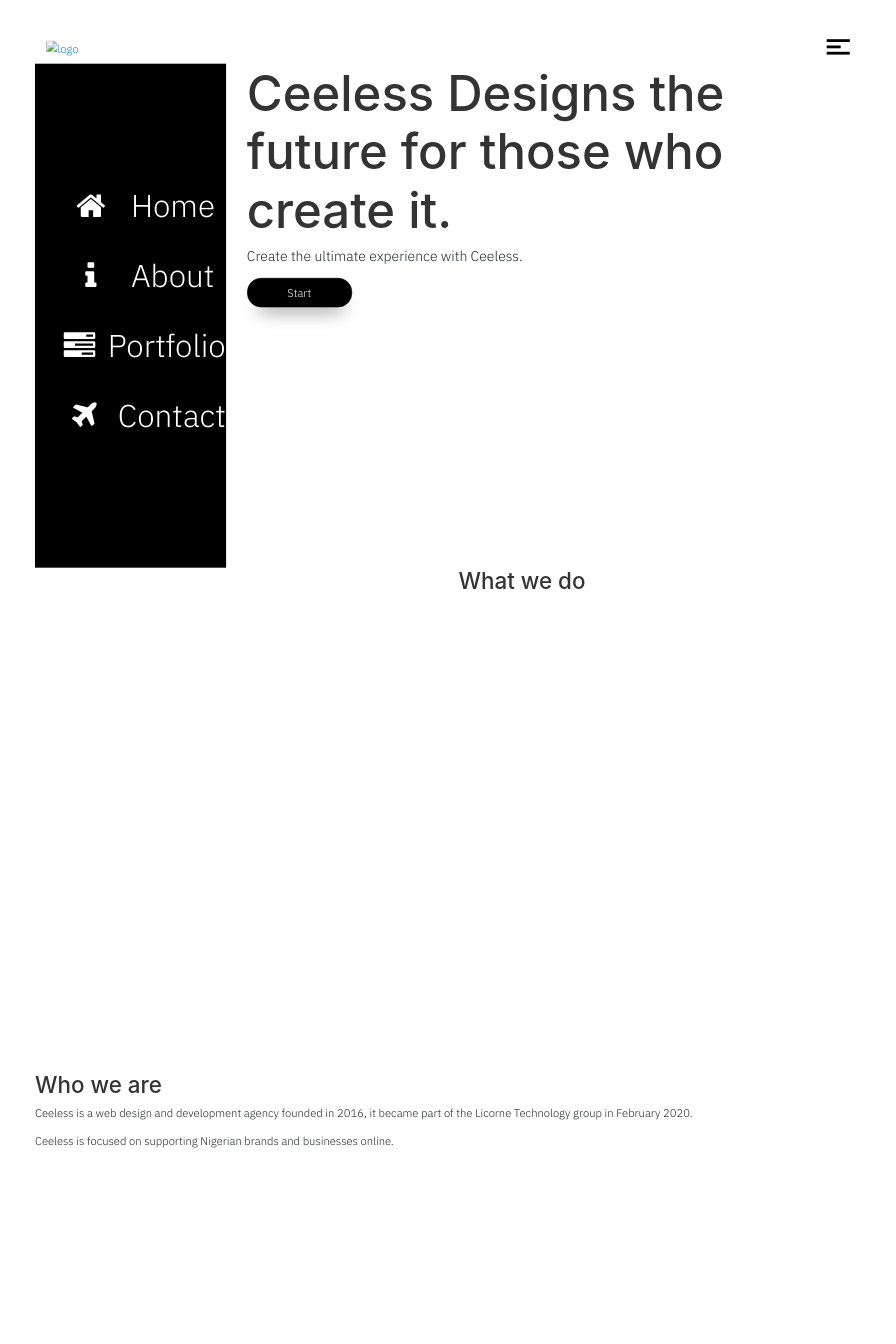
Repository: Licorne-Technologies/Ceeless-v2
Page: index.html
An editor plug-in stored every save of this project. The page is shown before and after the next save, followed by the edit.
The browser window is 1280 px wide. The pictures show the part of the page from y = 0 to 1920 px (the page is 3037 px tall), at 70% of full size.
Some web libraries are served in a nearby version. The style sheet was rebuilt from its Sass, Less or Tailwind sources for each picture, by a compiler version that may differ from the author's.

Above is the page before, as saved 2020-06-15 12:47:07.

### index.html
<!DOCTYPE html>
<html lang="en">
<head>
    <meta charset="UTF-8">
    <meta name="viewport" content="width=device-width, initial-scale=1.0">
    <!-- UIkit CSS -->
    <link rel="stylesheet" href="https://cdn.jsdelivr.net/npm/uikit@3.5.4/dist/css/uikit.min.css" />
    <!--Bootstrap-->
    <link rel="stylesheet" href="https://stackpath.bootstrapcdn.com/bootstrap/4.4.1/css/bootstrap.min.css" integrity="sha384-Vkoo8x4CGsO3+Hhxv8T/Q5PaXtkKtu6ug5TOeNV6gBiFeWPGFN9MuhOf23Q9Ifjh" crossorigin="anonymous">
    <!--Font awesome -->
    <link rel="stylesheet" href="https://stackpath.bootstrapcdn.com/font-awesome/4.7.0/css/font-awesome.min.css">
    <!--Stylesheet-->
    <link rel="stylesheet" href="css/stylesheet.css">
    <title>Ceeless || Licorne Technologies</title>
</head>
<body>
 <main class="wrapper pt-5">
     <!--Navigation Bar-->
    <header class="navbar">
        <div class="logo">
            <a href="index.html">
                <img src="" alt="logo">
            </a>
        </div>
        <div class="menu">
            <a class="menuIcon" href="#modal-full" uk-toggle>
                <span class="long-bar"></span>
                <span class="short-bar"></span>
                <span class="long-bar"></span>
            </a>
        </div>
        <!--Menu Modal-->
        <div id="modal-full" class="uk-modal-full" uk-modal>
            <div class="uk-modal-dialog">
                <button class="uk-modal-close-full uk-close-large" type="button" uk-close></button>
                <div class="row">
                    <div class="col">
                        <div class="menuItems">
                            <ul class="menuList">
                                <li>
                                    <a href="index.html" class="active"><i class="fa fa-home"></i>Home</a>
                                </li>
                                <li>
                                    <a href="#"><i class="fa fa-info"></i>About</a>
                                </li>
                                <li>
                                    <a href="#"><i class="fa fa-tasks" aria-hidden="true"></i>Portfolio</a>
                                </li>
                                <li>
                                    <a href="#"><i class="fa fa-plane"></i>Contact</a>
                                </li>
                            </ul>
                        </div>
                    </div>
                <div class="col"></div>
                </div>
            </div>
        </div>
    </header>
    <!--End of Navigation Bar-->



    <!--Jumbotron-->
    <section class="jumboText">
        <div class="row">
            <div class="col-3">
                <!--Menu icons-->
                <div class="menuItems">
                    <ul class="menuList">
                        <li>
                            <a href="index.html" class="active"><i class="fa fa-home"></i>Home</a>
                        </li>
                        <li>
                            <a href="#"><i class="fa fa-info"></i>About</a>
                        </li>
                        <li>
                            <a href="#"><i class="fa fa-tasks" aria-hidden="true"></i>Portfolio</a>
                        </li>
                        <li>
                            <a href="#"><i class="fa fa-plane"></i>Contact</a>
                        </li>
                    </ul>
                </div>
            </div>
            <div class="col-9">
                <div class="message">
                    <!--Message Text-->
                    <h1>Ceeless Designs the future for those who create it.</h1>
                    <p>Create the ultimate experience with Ceeless.</p>
                    <!--Action Btn-->
                    <a href="#" class="action-btn">Start</a>
                </div>

            </div>
        </div>
    </section>
    <!--End of Jumbotron-->

    <!--Portfolio and What We Do Section-->
    <section class="comboSection">
        <div class="row">
            <div class="col">
                <!--Portfolio Gallery-->
            </div>
            <div class="col">
                <h2 class="title">What we do</h2>
                <!--What we do Progress bar-->
            </div>
        </div>
    </section>
    <!--End of section-->

    <!--About us-->
    <section class="aboutUs">
        <div class="row">
            <div class="col">
                <h2 class="title">Who we are</h2>
                <p>Ceeless is a web design and development agency founded in 2016, it became part of the Licorne Technology group in February 2020.</p>
                <p>Ceeless is focused on supporting Nigerian brands and businesses online.</p>
            </div>
        </div>
    </section>
    <!--End of section-->

    <section class="contactUs">
        <div class="row">
            <div class="col">
                <h2 class="title">Work with us</h2>
                <h5>on your next project or get in touch for a chat.</h5>
            </div>
            <div class="col">
                <!--form-->
            </div>
        </div>
    </section>
 </main>
 <footer class="footer">
     <p>&copy;Ceeless Designs | Licorne Technologies</p>
 </footer>

<!-- UIkit JS -->
<script src="https://cdn.jsdelivr.net/npm/uikit@3.5.4/dist/js/uikit.min.js"></script>
<script src="https://cdn.jsdelivr.net/npm/uikit@3.5.4/dist/js/uikit-icons.min.js"></script>
</body>
</html>

### css/stylesheet.scss
@import 'variables';
@import 'footer';
@import 'contact';
@import 'aboutUs';
@import 'whatWeDo';
@import 'portfolio';
@import 'jumbotron';
@import 'navbar';

*{
    margin: 0;
    padding: 0;
    text-decoration: none;
    list-style: none;
    font-family: $font;
}
 section {
    height: 100vh;
}
@media screen and (min-width: 760px){
    .wrapper {
        margin: 0 50px;
    }
}

### css/_variables.scss
@import url('https://fonts.googleapis.com/css2?family=IBM+Plex+Sans:wght@300;700&display=swap');

$font: 'IBM Plex Sans', sans-serif;
$fontLight: 300;
$fontHeavy: 700;
$fontLarge: 70px;
$fontSmall: 45px;
$fontText: 20px;
$fontTextSm: 16px;
$dark: black;
$light: white;
$box-shadow: 0 5px 15px rgba(0,0,0,0.08);
$btn-shadow: 2px 20px 25px -15px rgba(0, 0, 0, 0.54);
$text-shadow: 2px 2px 4px rgba(0, 0, 0, 0.377);

### css/footer.scss
@import 'variables';

.footer {
    background-color: $dark;
    display: flex;
    align-items: center;
    p{
        color: $light;
        font-size: $fontText;
        padding: 10px;
    }
}

### css/jumbotron.scss
@import 'variables';

.jumboText {
    height: 100vh;
    display: flex;
    flex-direction: column;
    align-items: center;
}
.message {
    display: flex;
    flex-direction: column;
    align-items: flex-start;
    h1{
        font-size: $fontLarge;
    }
    p{
        font-size: $fontText;
    }
}
a.action-btn {
    border: 1px solid $dark;
    background-color: $dark;
    width: 150px;
    border-radius: 20px;
    padding: 10px;
    box-shadow: $btn-shadow;
    color: $light;
    text-align: center;
    line-height: 20px;
    &:hover{
        text-decoration: none;
    }

}

### css/navbar.scss
@import 'variables';

.navbar {
    display: flex;
    width: 100%;
    justify-content: space-between;
}

.menuIcon {
    display: flex;
    flex-direction: column;
        .long-bar,.short-bar{
            border: 2px solid $dark;
            margin-bottom: 5px;
        }
        .long-bar{
            width: 33px;
        }
        .short-bar{
            width: 20px;
        }

        &:hover{
            .long-bar{
                width: 20px;
                transition: width 300ms ease-in-out 0s;

            }
            .short-bar{
                width: 33px;

            }
        }
}

.uk-modal-full {
    height: 100vh;
    background-color: $dark;
    overflow: hidden;
}
.uk-modal-close-full, .uk-close-large, .menuItems{
    background-color: $dark;
    color: $light;
}
.menuItems {
    height: 100vh;
    display: flex;
    flex-direction: column;
    justify-content: center;
}
.menuList {
    li {
        a {
            display: flex;
            align-items: center;
            color: $light;
            font-size: $fontSmall;
            line-height: $fontSmall;

            .fa {
                display: flex;
                justify-content: center;
                align-items: center;
                height: 100px;
                width: 100px;
                border-radius: 50%;
                background-color: $dark;
                color: $light;
                margin-right: 7px;
            }

            &:hover {
                text-decoration: none;

                .fa{
                    background-color: $light;
                    color: $dark;
                }
            }
        }
    }
}

Loaded but not shown: css/contact.scss (common file); css/aboutUs.scss (common file); css/whatWeDo.scss (common file); css/portfolio.scss (common file)

After the next save:
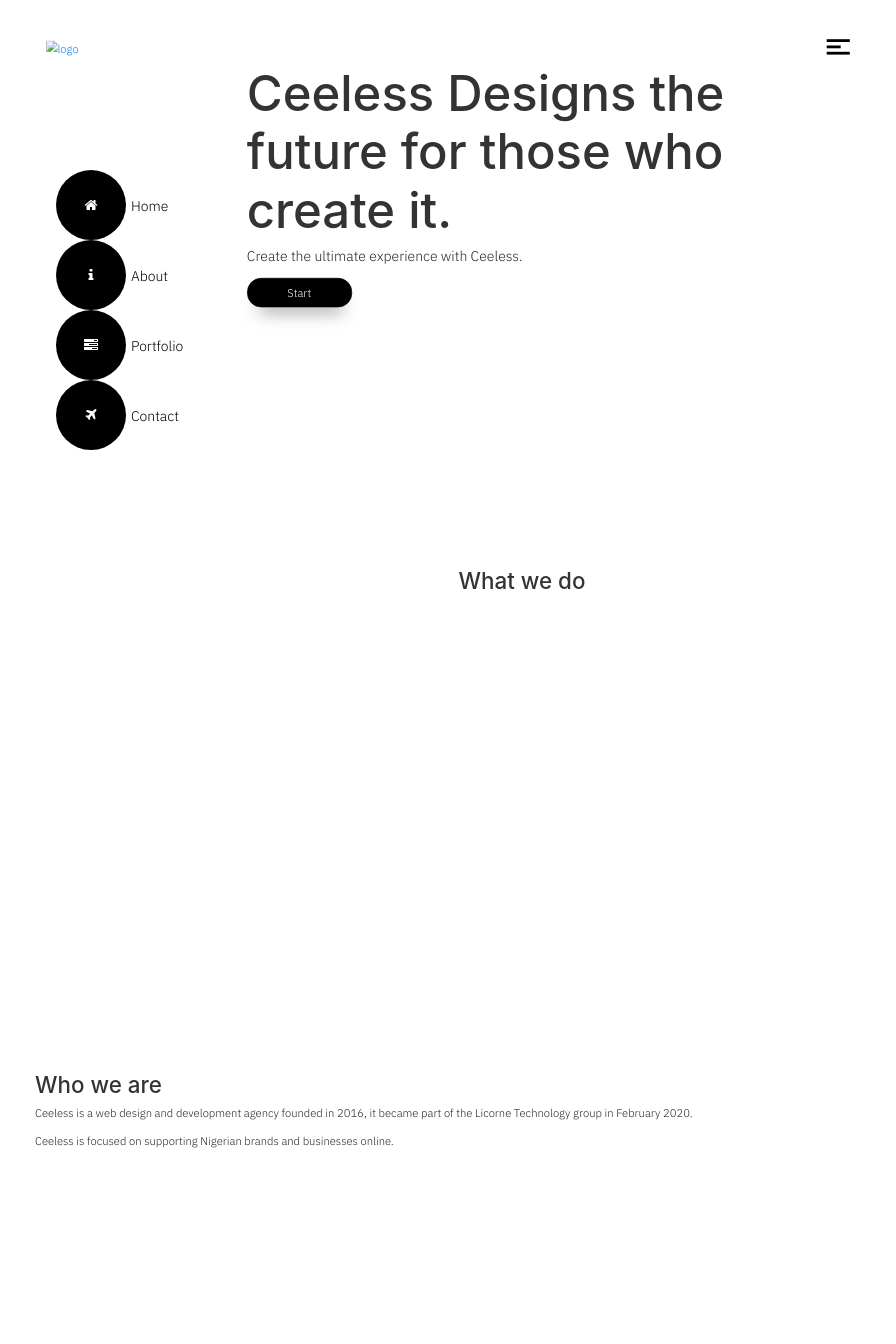
Saved 48 s later.
--- a/css/jumbotron.scss
+++ b/css/jumbotron.scss
@@ -5,6 +5,15 @@
     display: flex;
     flex-direction: column;
     align-items: center;
+
+    .menuItems {
+        background-color: $light;
+
+        a {
+            font-size: $fontText;
+            color: $dark;
+        }
+    }
 }
 .message {
     display: flex;
